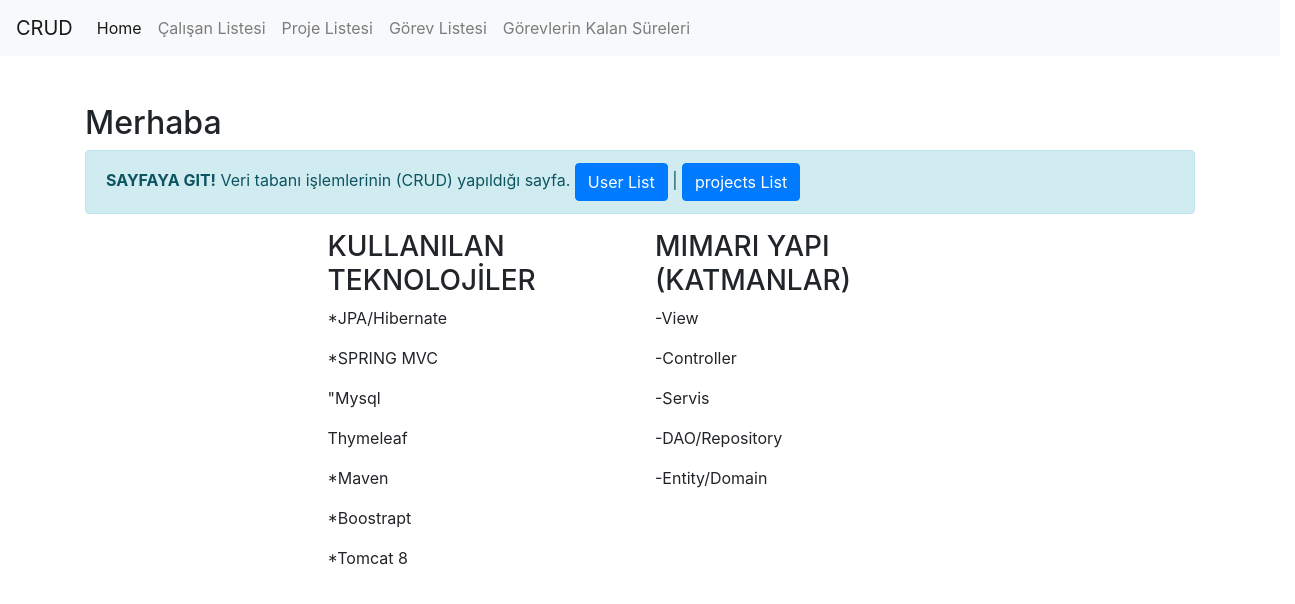
Repository: AhmetOzgul/veri_Taban-_proje
Page: http://localhost/index
These files come from the project's save history. The page is drawn as it stood at one moment and after the next save; the edit follows.
The browser window is 1280 px wide. The page is 1295 px wide, so the pictures cover 1295 px, including what lies to the right of the window. The pictures show the whole page.
Some web libraries are served in a nearby version. The page is this project's Thymeleaf template; nobody is signed in. The template is opened directly, without the code that normally fills it, so the values that code supplies are empty.

Above is the page before, as saved 2024-01-16 19:08:21.

After the next save:
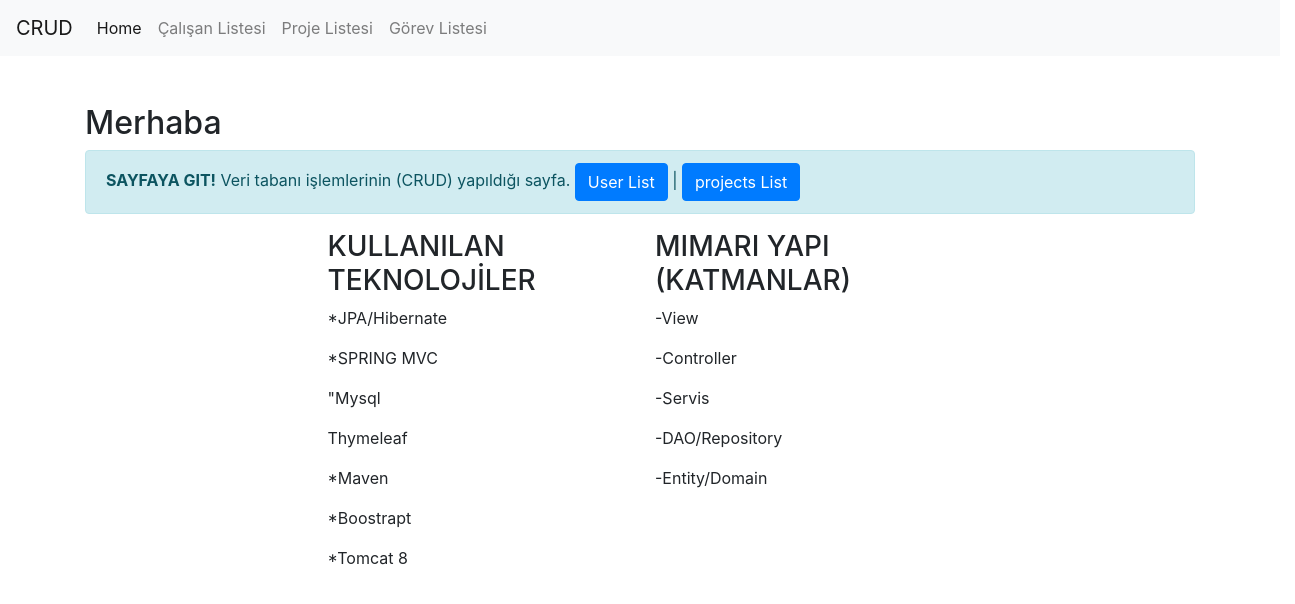
Saved 7 s later.
--- a/vtys2/vtys/src/main/resources/templates/index.html
+++ b/vtys2/vtys/src/main/resources/templates/index.html
@@ -27,9 +27,6 @@ src="https://ajax.googleapis.com/ajax/libs/jquery/1.12.2/jquery.min.js"></script
 			  </li>
 			<li class="nav-item">
 				<a class="nav-link" href="tasks">Görev Listesi</a>
-			  </li>
-			  			<li class="nav-item">
-				<a class="nav-link" href="remaining-days">Görevlerin Kalan Süreleri</a>
 			  </li>
 		  </ul>
 		</div>
